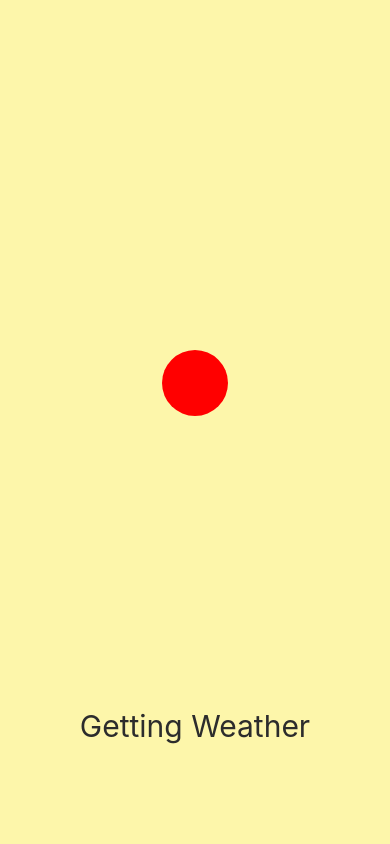
Repository: Exchallenger/Weather-app
Screen: /
The author's editor kept a copy of each file at every save. The screen is drawn from the files as they stood at one save, then again after a run of saves.
The app was drawn by React Native's web renderer in a window 390 px wide. The project was rebuilt for these pictures with package versions that can differ from the ones it lists, and the page was loaded fresh each time. Also part of the build but not shown: weather.js.

Above is the screen before, as saved 2021-01-15 15:22:12.

### App.js
import { StatusBar } from 'expo-status-bar';
import {Alert} from "react-native";
import React, { useEffect, useState } from 'react';
import Loading from './loading';
import * as Location from 'expo-location';
import axios from 'axios';
import Weather from './weather';

const API_KEY = "9e0bfa2c5f6975bf6890d7892b8f2c06";
// api.openweathermap.org/data/2.5/weather?lat=35.544829899999996&lon=129.3517382&appid=9e0bfa2c5f6975bf6890d7892b8f2c06

const App = (props) => {
  const [isLoading, setIsLoading] = useState(true);
  const [temp, setTemp] = useState();
  const [nowweather, setNowWeather] = useState();
  const [city, setCity] = useState();


  // const weathers = ['Thunderstorm','Dizzle','Rain','Snow','Atmosphere','Clear','Clouds','Haze','Mist','Dust'];

  const getWeather = async(latitude, longitude) =>{
      const {data} = await axios.get(
        `https://api.openweathermap.org/data/2.5/weather?lat=${latitude}&lon=${longitude}&appid=${API_KEY}&units=metric`);
        setIsLoading(true);
        const ntemp = data.main.temp;
        setTemp(ntemp);
        const nweather = data.weather[0].main;
        setNowWeather(nweather);
        const ncity = data.name;
        setCity(ncity);
  };
  const getLocation = async() =>{
    try{
      await Location.requestPermissionsAsync();
      const {coords : {latitude, longitude}} = await Location.getCurrentPositionAsync();
      getWeather(latitude, longitude);
    }catch(error){
      Alert.alert("Cat find you", "so sad");
    }}
  useEffect(()=>{
    getLocation();
  },[isLoading]);


  return (isLoading ? <Loading/> : <Weather temp={temp} weather={nowweather} city={city}/>);
};

export default App;

//Math.round(temp)

### loading.js
import React,{Component} from 'react';
import {StyleSheet, Text, View} from "react-native";

export default function Loading(){
    return(
    <View style={styles.container}>
        <View style={styles.load}></View>
        <View style={styles.texts}><Text style={styles.text}>Getting Weather</Text></View>
    </View>);
}

const styles = StyleSheet.create({
    container:{
        flex:1,
        justifyContent:"space-between",
        alignItems:"center",
        paddingHorizontal:30,
        paddingVertical:100,
        backgroundColor:"#FDF6AA"
    },
    texts:{
        flex:1,
        justifyContent:"flex-end",
        alignItems:"flex-end",
    },
    text:{
        color:"#2c2c2c",
        fontSize:30,
    },
    load:{
        position:"absolute",
        top:350,
        height:66,
        width:66,
        backgroundColor:'red',
        borderRadius:50,
    }
});

After the next 2 saves:
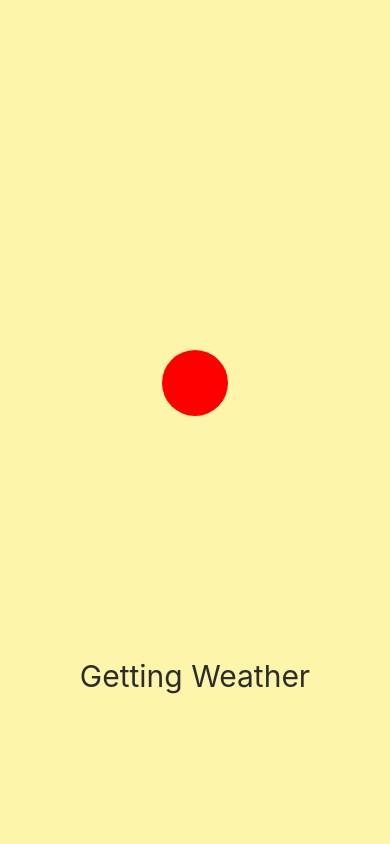
The 2 saves are shown as one change because they came seconds apart.
The last was saved 12 s later.
--- a/loading.js
+++ b/loading.js
@@ -22,6 +22,7 @@ const styles = StyleSheet.create({
         flex:1,
         justifyContent:"flex-end",
         alignItems:"flex-end",
+        marginBottom:50
     },
     text:{
         color:"#2c2c2c",
